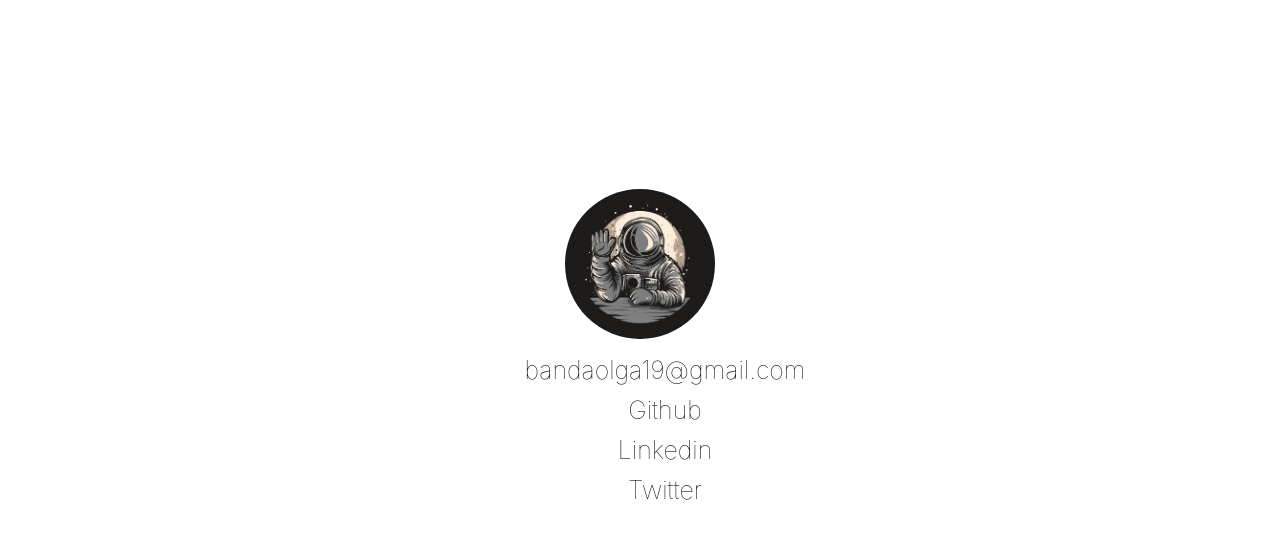
Repository: G1ft-Banda/My-portfolio-Website
Page: /
These files come from the project's save history. The page is drawn as it stood at one moment and after the next save; the edit follows.
The browser window is 1280 px wide. The pictures show the whole page.
The project was rebuilt for these pictures with package versions that can differ from the ones it lists, and the page was loaded fresh each time. The framework's server and built-in components were replaced by stand-ins that run in the browser. Also part of the build but not shown: next.config.js.

Above is the page before, as saved 2022-09-29 11:12:06.

### pages/_app.js
import "../styles/globals.css";
import Head from "next/head";

function MyApp({ Component, pageProps }) {
  return (
    <>
      <Head>
        <script
          src="https://kit.fontawesome.com/d14a45b8f3.js"
          crossorigin="anonymous"
        ></script>
      </Head>
      <Component {...pageProps} />
    </>
  );
}

export default MyApp;

### pages/index.js
import Head from "next/head";
import Image from "next/image";

export default function Home() {
  return (
    <div>
      <Head>
        <title>Create Next App</title>
        <meta name="description" content="Generated by create next app" />
        <link rel="icon" href="/favicon.ico" />
      </Head>
      <main>
        <img className="avatar" src="/astronaut.jpg" />
        <ul>
          <li className="social-links">
            <i class="fa-solid fa-envelope"></i>
            <a href="#">bandaolga19@gmail.com</a>
          </li>
          <li className="social-links">
            <i class="fa-brands fa-github"></i>
            <a href="#">Github</a>
          </li>
          <li className="social-links">
            <i class="fa-brands fa-linkedin"></i>
            <a href="#">Linkedin</a>
          </li>
          <li className="social-links">
            <i class="fa-brands fa-twitter"></i>
            <a href="#">Twitter</a>
          </li>
        </ul>
      </main>
    </div>
  );
}

### styles/globals.css
html,
body {
  padding: 0;
  margin: 0;
  font-family: -apple-system, BlinkMacSystemFont, Segoe UI, Roboto, Oxygen,
    Ubuntu, Cantarell, Fira Sans, Droid Sans, Helvetica Neue, sans-serif;
}

a {
  color: inherit;
  text-decoration: none;
}

* {
  box-sizing: border-box;
}

main {
  min-width: 100vw;
  min-height: 100vh;
  display: grid;
  place-content: center;
}

.avatar {
  border-radius: 50%;
  max-width: fit-content;
  margin: auto;
  width: 150px;
}

.social-links {
  text-decoration: none;
  font-size: 25px;
  display: flex;
  gap: 10px;
  align-items: center;
  font-weight: 100;
  padding-bottom: 10px;
  justify-content: center;
}

.social-links > a:hover {
  text-decoration: underline;
}

@media (prefers-color-scheme: dark) {
  html {
    color-scheme: dark;
  }
  body {
    color: white;
    background: black;
  }
}

After the next save:
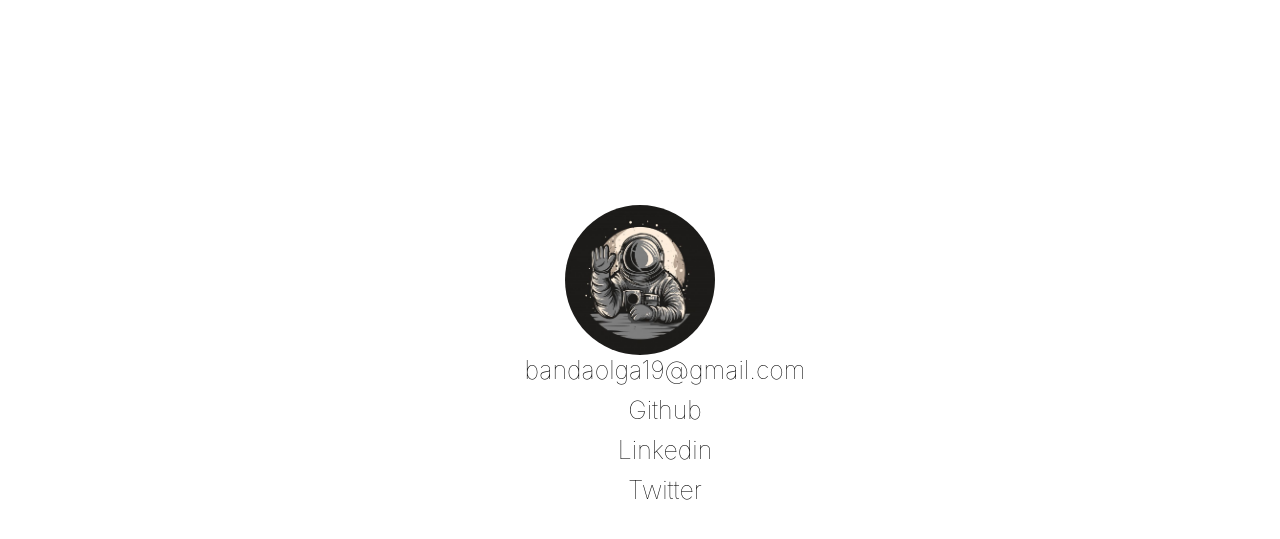
Saved 34 s later.
--- a/styles/globals.css
+++ b/styles/globals.css
@@ -28,6 +28,9 @@ main {
   margin: auto;
   width: 150px;
 }
+ul {
+  margin: 0;
+}
 
 .social-links {
   text-decoration: none;
